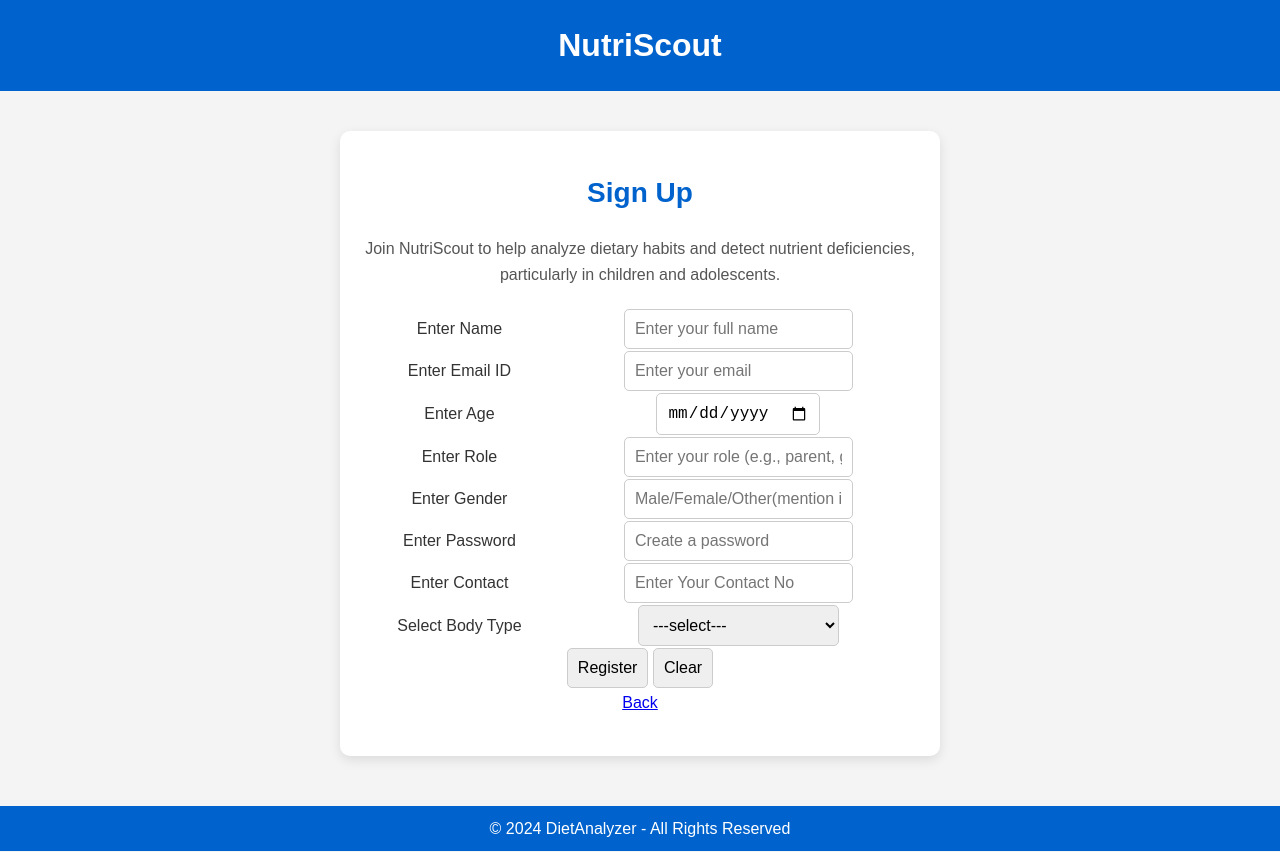
Repository: chaitanyasivathmika/NutrientDiet
Page: http://localhost/NutrientDiet/userreg.jsp
The author's editor kept a copy of each file at every save. The page is drawn from the files as they stood at one save, then again after the next save.
The browser window is 1280 px wide. The pictures show the whole page.
The page is served by Tomcat 10. Other server files are loaded and not shown.

Above is the page before, as saved 2024-11-15 16:25:28.

### NutrientDiet/src/main/webapp/userreg.jsp
<%@ page language="java" contentType="text/html; charset=UTF-8"
    pageEncoding="UTF-8"%>
<!DOCTYPE html>
<html lang="en">
<head>
    <meta charset="UTF-8">
    <meta name="viewport" content="width=device-width, initial-scale=1.0">
    <title>Sign Up - NutriScout</title>
    <style>
        /* General Styling */
* {
    margin: 0;
    padding: 0;
    box-sizing: border-box;
}

body {
    font-family: 'Arial', sans-serif;
    background-color: #f4f4f4;
    color: #333;
    line-height: 1.6;
}

/* Header */
header {
    background-color: #0062cc;
    color: white;
    padding: 20px 0;
    text-align: center;
}

.logo h1 {
    font-size: 32px;
    font-weight: bold;
}

/* Signup Form */
main {
    padding: 40px 20px;
    max-width: 600px;
    margin: 40px auto;
    background-color: white;
    box-shadow: 0 4px 12px rgba(0, 0, 0, 0.1);
    border-radius: 10px;
    text-align: center;
}

.signup-form h2 {
    font-size: 28px;
    color: #0062cc;
    margin-bottom: 20px;
}

.signup-form p {
    font-size: 16px;
    margin-bottom: 20px;
    color: #555;
}

.signup-form form {
    display: flex;
    flex-direction: column;
    gap: 15px;
}

.signup-form label {
    font-size: 16px;
    text-align: left;
    color: #333;
}

.signup-form input, .signup-form select {
    padding: 10px;
    font-size: 16px;
    border: 1px solid #ccc;
    border-radius: 5px;
}

.signup-form input:focus, .signup-form select:focus {
    outline: none;
    border-color: #007bff;
}

.submit-btn {
    background-color: #007bff;
    color: white;
    padding: 12px 20px;
    border: none;
    border-radius: 5px;
    cursor: pointer;
    font-size: 18px;
    margin-top: 10px;
    transition: background-color 0.3s ease;
}

.submit-btn:hover {
    background-color: #0056b3;
}

.back-btn {
    background-color: #dc3545;
    color: white;
    padding: 10px 20px;
    border: none;
    border-radius: 5px;
    cursor: pointer;
    font-size: 16px;
    margin-top: 15px;
    transition: background-color 0.3s ease;
}

.back-btn:hover {
    background-color: #c82333;
}

/* Footer */
footer {
    text-align: center;
    padding: 10px 0;
    background-color: #0062cc;
    color: white;
    margin-top: 50px;
}

    </style>
</head>
<body>
    <header>
        <div class="nav-bar">
            <div class="logo">
                <h1>NutriScout</h1>
            </div>
        </div>
    </header>

    <main>
        <section class="signup-form">
            <h2>Sign Up</h2>
            <p>Join NutriScout to help analyze dietary habits and detect nutrient deficiencies, particularly in children and adolescents.</p>

            <form method="post" action="insertuser"> <!-- forced mapping/ method in the contoller -->
            <table>
               <tr>
                    <td><label for="uname">Enter Name</label></td>
                    <td><input type="text" id="uname" name="uname" required placeholder="Enter your full name"/></td>
                </tr>
                <tr>
                    <td><label for="uemail">Enter Email ID</label></td>
                    <td><input type="email" id="uemail" name="uemail" required placeholder="Enter your email"/></td>
                </tr>
                <tr>
                    <td><label for="uage">Enter Age</label></td>
                    <td><input type="date" id="uage" name="uage" required placeholder="Enter your age"/></td>
                </tr>
                 <tr>
                    <td><label for="urole">Enter Role</label></td>
                    <td><input type="text" id="urole" name="urole" required placeholder="Enter your role (e.g., parent, guardian, adolescent)"/></td>
                </tr>
                <tr>
                    <td><label for="ugender">Enter Gender</label></td>
                    <td><input type="text" id="ugender" name="ugender" required placeholder="Male/Female/Other(mention it)"/></td>
                </tr>
                 <tr>
                    <td><label for="upassword">Enter Password</label></td>
                    <td><input type="password" id="upassword" name="upassword" required placeholder="Create a password"/></td>
                </tr>
                <tr>
                    <td><label for="ucontact">Enter Contact</label></td>
                    <td><input type="number" id="ucontact" name="ucontact" required placeholder="Enter Your Contact No"/></td>
                </tr>
                <tr>
                    <td><label>Select Body Type</label></td>
                    <td>
                        <select id="bodyType" name="bodyType" required>
                        	<option value="">---select---</option>
                            <option value="Girl_Athletics">Girl_Athletics</option>
                            <option value="Girl_HourGlass">Girl_HourGlass</option>
                            <option value="Girl_InvertedTriangle">Girl_InvertedTriangle</option>
                            <option value="Girl_Rectangle">Girl_Rectangle</option>
                            <option value="Girl_Round">Girl_Round</option>
                            <option value="Girl_Ectomorph">Girl_Ectomorph</option>
                            <option value="Girl_Endomorph">Girl_Endomorph</option>
                            <option value="Girl_Mesomorph">Girl_Mesomorph</option>
                            <option value="M_Ectomorph(12-20)">M_Ectomorph(12-20)</option>
                            <option value="M_Endomorph(12-20)">M_Endomorph(12-20)</option>
                            <option value="M_Mesomorph(12-20)">M_Mesomorph(12-20)</option>
                            <option value="M_Ectomorph(20-45)">M_Ectomorph(20-45)</option>
                            <option value="M_Endomorph(20-45)">M_Endomorph(20-45)</option>
                            <option value="M_Mesomorph(20-45)">M_Mesomorph(20-45)</option>
                        </select>
                    </td>
                </tr>
                <tr>
                    <td colspan="2" class="button-container">
                        <input type="submit" value="Register"/>
                        <input type="reset" value="Clear"/>
                    </td>
                </tr>
            </table>
        </form>

            <a href="/">Back</a>
        </section>
    </main>

    <footer>
        <p>© 2024 DietAnalyzer - All Rights Reserved</p>
    </footer>
</body>
</html>

After the next save:
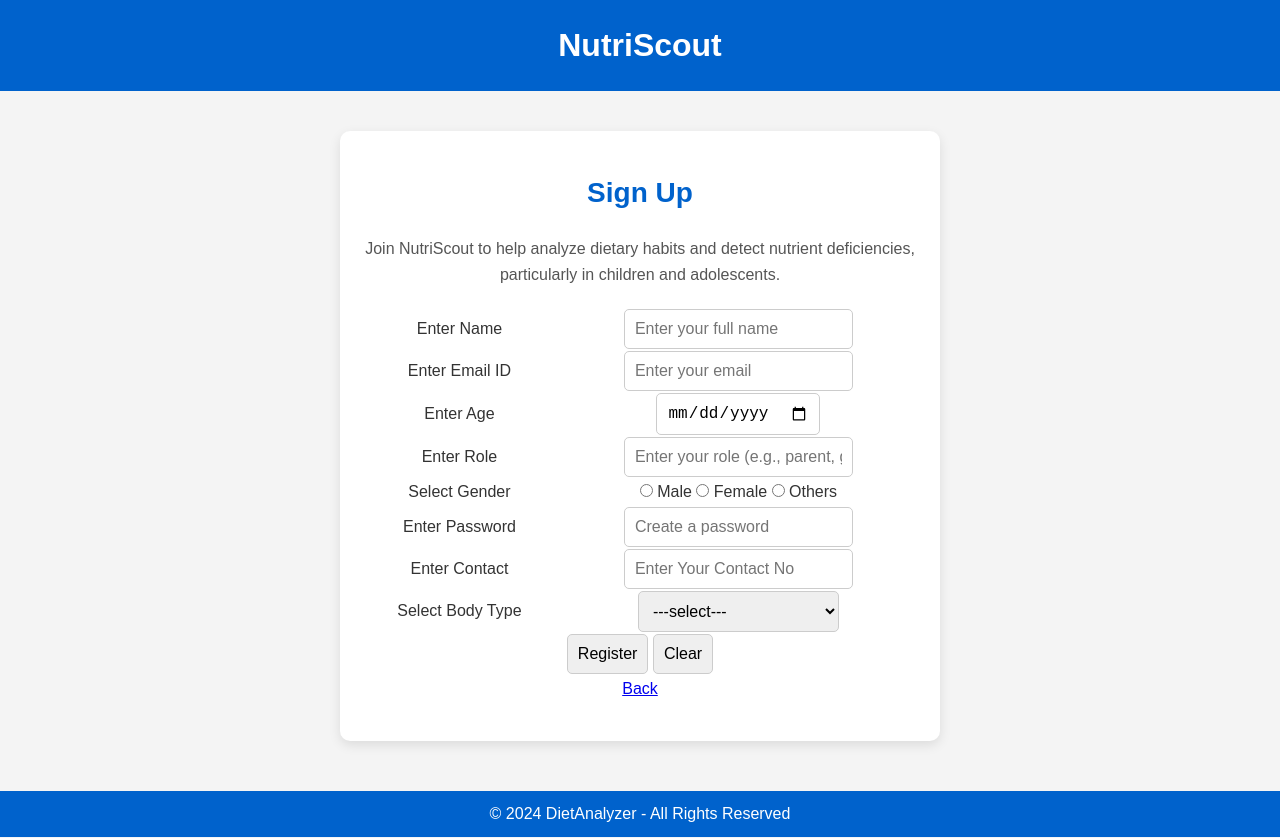
Saved 20 s later.
--- a/NutrientDiet/src/main/webapp/userreg.jsp
+++ b/NutrientDiet/src/main/webapp/userreg.jsp
@@ -157,8 +157,15 @@ footer {
                     <td><input type="text" id="urole" name="urole" required placeholder="Enter your role (e.g., parent, guardian, adolescent)"/></td>
                 </tr>
                 <tr>
-                    <td><label for="ugender">Enter Gender</label></td>
-                    <td><input type="text" id="ugender" name="ugender" required placeholder="Male/Female/Other(mention it)"/></td>
+                    <td><label>Select Gender</label></td>
+                    <td>
+                        <input type="radio" id="male" name="ugender" value="MALE"  required/>
+                        <label for="male">Male</label>
+                        <input type="radio" id="female" name="ugender" value="FEMALE"   required/>
+                        <label for="female">Female</label>
+                        <input type="radio" id="others" name="ugender" value="OTHERS"   required/>
+                        <label for="others">Others</label>
+                    </td>
                 </tr>
                  <tr>
                     <td><label for="upassword">Enter Password</label></td>
